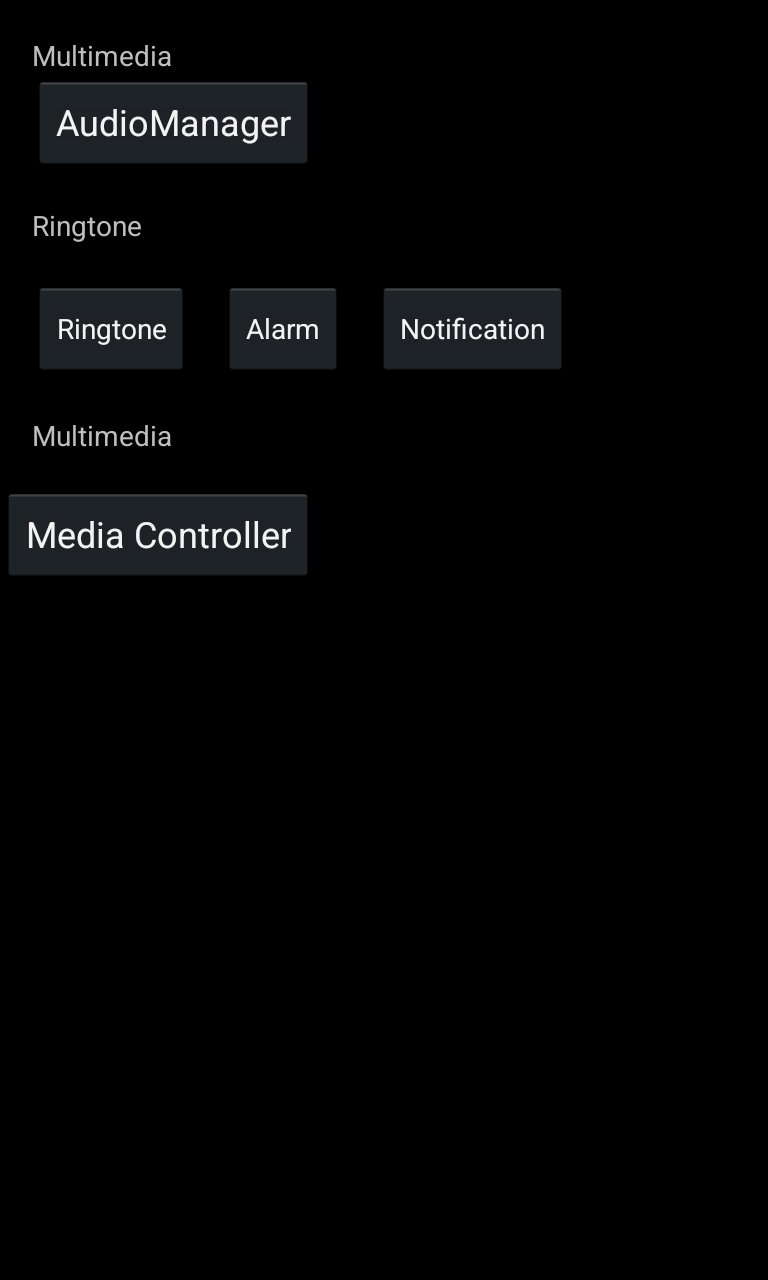
Repository: Amir13/Android_Basic_Steps
Layout: ViewElements5/res/layout/fragment_multimedia.xml
An editor plug-in stored every save of this project. The layout is shown before and after the next save, followed by the edit.
It is drawn on a 768 x 1280 px phone screen (xhdpi) without system bars, with theme android:Theme.Holo; the app's code is not run.

Above is the layout before, as saved 2014-06-15 18:13:24.

### ViewElements5/res/layout/fragment_multimedia.xml
<?xml version="1.0" encoding="utf-8"?>
<RelativeLayout xmlns:android="http://schemas.android.com/apk/res/android"
    android:layout_width="match_parent"
    android:layout_height="match_parent" >

    <TextView
        android:id="@+id/textView1"
        android:layout_width="wrap_content"
        android:layout_height="wrap_content"
        android:layout_alignParentLeft="true"
        android:layout_alignParentTop="true"
        android:layout_marginLeft="16dp"
        android:layout_marginTop="18dp"
        android:text="Multimedia" />

    <Button
        android:id="@+id/btnAudio"
        android:layout_width="wrap_content"
        android:layout_height="wrap_content"
        android:layout_alignLeft="@+id/textView1"
        android:layout_below="@+id/textView1"
        android:text="AudioManager" />

    <TextView
        android:id="@+id/textView2"
        android:layout_width="wrap_content"
        android:layout_height="wrap_content"
        android:layout_alignLeft="@+id/btnAudio"
        android:layout_below="@+id/btnAudio"
        android:layout_marginTop="18dp"
        android:text="@string/ringtone" />

    <Button
        android:id="@+id/btnRingtone"
        style="?android:attr/buttonStyleSmall"
        android:layout_width="wrap_content"
        android:layout_height="wrap_content"
        android:layout_alignLeft="@+id/textView2"
        android:layout_below="@+id/textView2"
        android:layout_marginTop="18dp"
        android:text="@string/ringtone" />

    <Button
        android:id="@+id/btnAlarm"
        style="?android:attr/buttonStyleSmall"
        android:layout_width="wrap_content"
        android:layout_height="wrap_content"
        android:layout_alignBaseline="@+id/btnRingtone"
        android:layout_alignBottom="@+id/btnRingtone"
        android:layout_marginLeft="16dp"
        android:layout_toRightOf="@+id/btnRingtone"
        android:text="Alarm" />

    <Button
        android:id="@+id/btnNotification"
        style="?android:attr/buttonStyleSmall"
        android:layout_width="wrap_content"
        android:layout_height="wrap_content"
        android:layout_alignBaseline="@+id/btnAlarm"
        android:layout_alignBottom="@+id/btnAlarm"
        android:layout_marginLeft="16dp"
        android:layout_toRightOf="@+id/btnAlarm"
        android:text="Notification" />

    <TextView
        android:id="@+id/textView3"
        android:layout_width="wrap_content"
        android:layout_height="wrap_content"
        android:layout_alignLeft="@+id/btnRingtone"
        android:layout_below="@+id/btnRingtone"
        android:layout_marginTop="20dp"
        android:text="Multimedia" />

    <Button
        android:id="@+id/btnVideo"
        android:layout_width="wrap_content"
        android:layout_height="wrap_content"
        android:layout_alignRight="@+id/btnAudio"
        android:layout_below="@+id/textView3"
        android:layout_marginTop="16dp"
        android:text="Media Controller" />

</RelativeLayout>

### ViewElements5/res/values/strings.xml
<?xml version="1.0" encoding="utf-8"?>
<resources>

    <string name="app_name">ViewElements5</string>
    <string name="action_settings">Settings</string>
    <string name="title_section1">Touch &amp; Gestures</string>
    <string name="title_section2">Multimedia</string>
    <string name="title_section3">Section 3</string>
    <string name="title_activity_touch">TouchActivity</string>
    <string name="title_activity_gesture">Gesture Activity</string>
    <string name="title_activity_gesture_builder">Gesture Builder Activity</string>
    <string name="title_activity_audio_manager">AudioManager Activity</string>
    <string name="title_activity_media_controller">MediaController Activity</string>
    <string name="hello_world">Hello world!</string>
    <string name="down_string">Down</string>
    <string name="up_string">Up</string>
    <string name="play_string">Play</string>
    <string name="ringtone">Ringtone</string>

</resources>

After the next save:
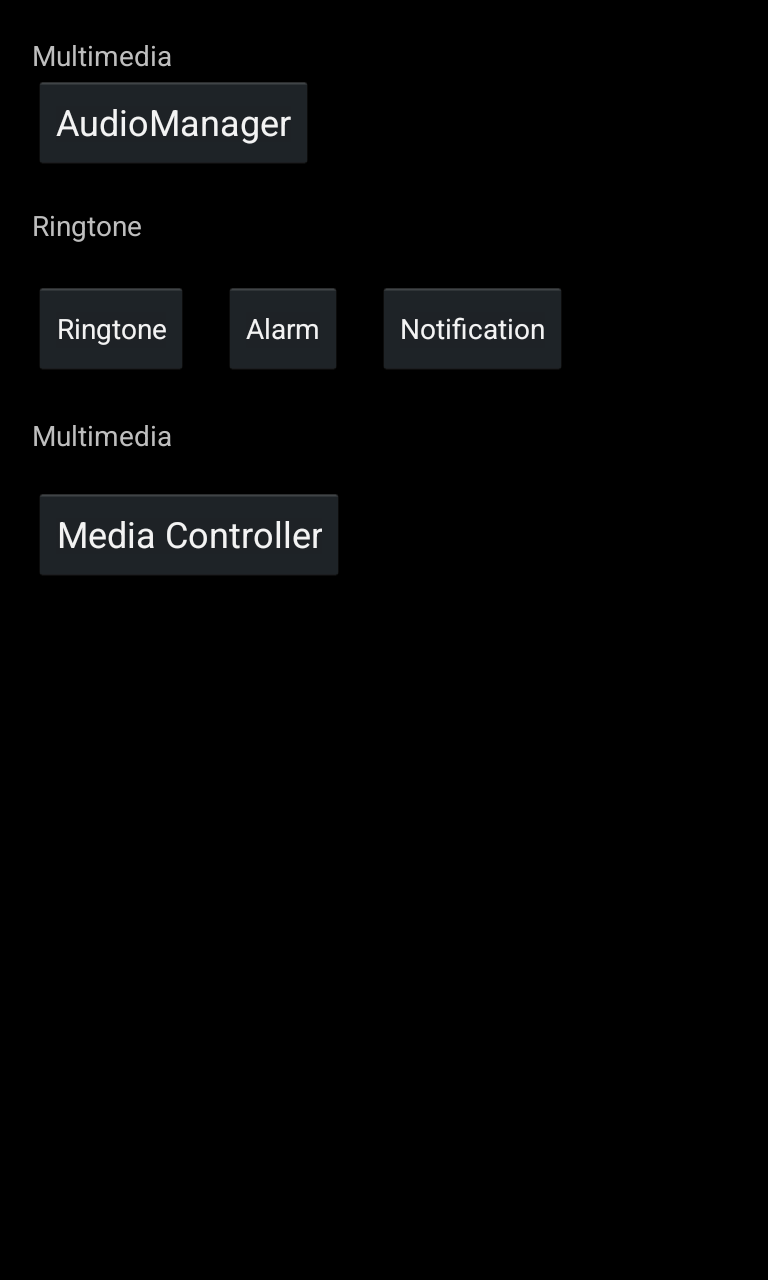
Saved 56 s later.
--- a/ViewElements5/res/layout/fragment_multimedia.xml
+++ b/ViewElements5/res/layout/fragment_multimedia.xml
@@ -75,7 +75,7 @@
         android:id="@+id/btnVideo"
         android:layout_width="wrap_content"
         android:layout_height="wrap_content"
-        android:layout_alignRight="@+id/btnAudio"
+        android:layout_alignLeft="@+id/textView3"
         android:layout_below="@+id/textView3"
         android:layout_marginTop="16dp"
         android:text="Media Controller" />
